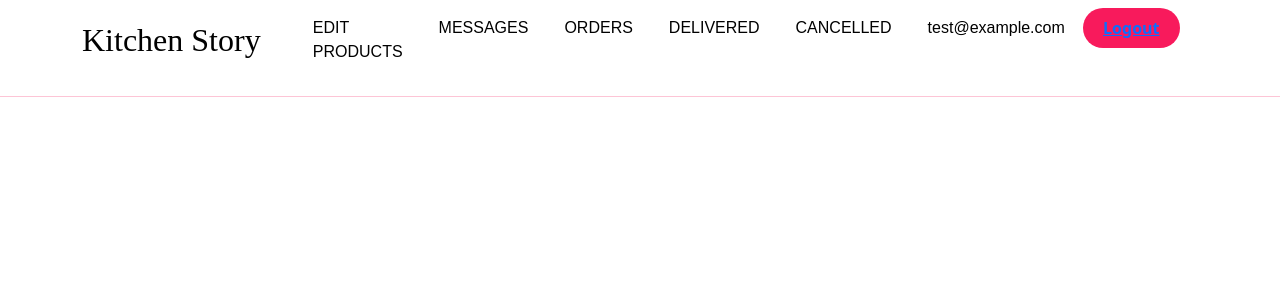
Repository: manishmachha/project-kitchenStory
Page: http://localhost/Phase_4_Kitchen_Story/admin/adminHeader.jsp
An editor plug-in stored every save of this project. The page is shown before and after the next save, followed by the edit.
The browser window is 1280 px wide. The pictures show the whole page.
Some web fonts or font styles are not loaded; a fallback is used. Some web libraries are served in a nearby version. The page is served by Tomcat 10. The session is filled in as if someone had signed in: {"email": "test@example.com"}. Other server files are loaded and not shown.

Above is the page before, as saved 2022-03-08 06:37:25.

### Phase 4 Kitchen Story/src/main/webapp/admin/adminHeader.jsp
<%@ page language="java" contentType="text/html; charset=ISO-8859-1"
	pageEncoding="ISO-8859-1"%>
<!DOCTYPE html>
<html>
<head>
<!-- Required meta tags -->
<meta charset="utf-8">
<meta name="viewport" content="width=device-width, initial-scale=1">

<!-- Font Family -->
<link rel="preconnect" href="https://fonts.googleapis.com">
<link rel="preconnect" href="https://fonts.gstatic.com" crossorigin>
<link
	href="https://fonts.googleapis.com/css2?family=Lobster&display=swap"
	rel="stylesheet">

<!-- Bootstrap CSS -->
<link
	href="https://cdn.jsdelivr.net/npm/bootstrap@5.0.2/dist/css/bootstrap.min.css"
	rel="stylesheet"
	integrity="sha384-EVSTQN3/azprG1Anm3QDgpJLIm9Nao0Yz1ztcQTwFspd3yD65VohhpuuCOmLASjC"
	crossorigin="anonymous">
<link rel="stylesheet" href="indexStyle.css">

<!-- font awesome -->
<script src="https://kit.fontawesome.com/c26cd2166c.js"></script>
<title>Kitchen Story | Home</title>
</head>
<%
String email = session.getAttribute("email").toString();
%>
<nav class="navbar navbar-expand-lg">
	<div class="container">
		<a class="navbar-brand" href="#">Kitchen Story</a>
		<button class="navbar-toggler" type="button" data-bs-toggle="collapse"
			data-bs-target="#navbarScroll" aria-controls="navbarScroll"
			aria-expanded="false" aria-label="Toggle navigation">
			<span class="navbar-toggler-icon"></span>
		</button>
		<div class="collapse navbar-collapse" id="navbarScroll">
			<ul class="navbar-nav m-auto my-2 my-lg-0">
				<li class="nav-item"><a class="nav-link active" href="home.jsp">Edit
						Products</a></li>
				<li class="nav-item"><a class="nav-link" href="#trending">Messages</a></li>
				<li class="nav-item"><a class="nav-link" href="#store">
						Orders</a></li>
				<li class="nav-item"><a class="nav-link"
					href="home.jsp#aboutUs">Delivered</a></li>
				<li class="nav-item"><a class="nav-link" href="#">Cancelled</a></li>
				<li class="nav-item"><a class="nav-link" id="accName" href="#"><%=email%></a></li>
				<button class="btn0" type="submit">
					<a href="logoutAction.jsp">Logout</a>
				</button>
			</ul>
		</div>
	</div>
</nav>
<hr style="color: rgb(248, 26, 92)">

### Phase 4 Kitchen Story/src/main/webapp/admin/indexStyle.css
* {
	padding: 0;
	margin: 0;
	box-sizing: border-box;
}

.navbar-brand {
	font-size: 2rem;
	color: black;
	font-family: 'Lobster', cursive;
}

.navbar-brand:hover {
	color: black;
}

.nav-link {
	margin-right: 10px;
	margin-left: 10px;
	color: black;
	font-family: 'Rubik', sans-serif;
	text-transform: uppercase;
}

.nav-link:hover {
	color: black;
}

.btn0 {
	height: 40px;
	width: 40%;
	outline: none;
	border: none;
	background: rgb(248, 26, 92);
	color: white;
	border-radius: 60px;
	font-weight: 700;
}

.main {
	background: url(images/lunch.jpg) no-repeat;
	background-size: cover;
	height: 100vh;
	background-position: 50% 50%;
	width: 100%;
}

.main h1 {
	font-size: 4rem;
	font-weight: 700;
}

.btn1 {
	height: 45px;
	width: 35%;
	border: none;
	outline: none;
	background-color: rgb(248, 26, 92);
	color: white;
	font-weight: 700;
	border-radius: 60px;
}

.btn1:hover {
	background-color: rgb(255, 41, 41);
	transition: 0.5s;
}

.btn0:hover {
	background-color: rgb(255, 41, 41);
	transition: 0.5s;
}

h1 {
	font-weight: 700;
}

.card:hover {
	box-shadow: -2px 0px 26px -4px rgba(0, 0, 0, 0.75);
	-webkit-box-shadow: -2px 0px 26px -4px rgba(0, 0, 0, 0.75);
	-moz-box-shadow: -2px 0px 26px -4px rgba(0, 0, 0, 0.75);
	transition: 0.5s;
}

img {
	border-radius: 10px;
}

.col:hover {
	box-shadow: -2px 0px 26px -4px rgba(0, 0, 0, 0.75);
	-webkit-box-shadow: -2px 0px 26px -4px rgba(0, 0, 0, 0.75);
	-moz-box-shadow: -2px 0px 26px -4px rgba(0, 0, 0, 0.75);
	transition: 0.5s;
}

.quote {
	border-radius: 40px;
	background: linear-gradient(rgba(0, 0, 0, 0.2), rgba(0, 0, 0, 0.2)),
		url(images/quote-bg.jpg) no-repeat;
	background-size: cover;
	height: 80vh;
	width: 100%;
}

.quote h1 {
	font-family: 'Lobster', cursive;
	color: bisque;
}

.quote h6 {
	color: bisque;
}

.news {
	background-color: black;
	color: white;
}

.news h1 {
	font-family: 'Lobster', cursive;
}

.fab {
	font-size: 2.5rem;
	cursor: pointer;
	padding-right: 10px;
}

.footer {
	position: fixed;
	left: 0;
	bottom: 0;
	width: 100%;
	background-color: black;
	color: white;
	text-align: center;
}
#accName{
	text-transform: lowercase;
}

After the next save:
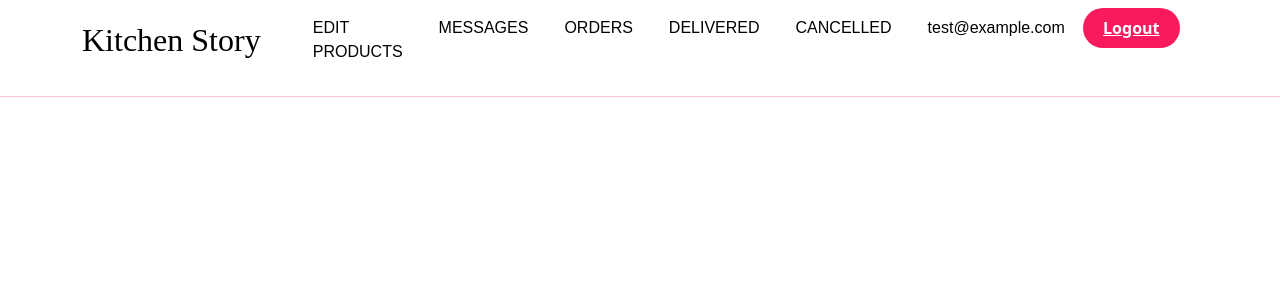
Saved 70 s later.
--- a/Phase 4 Kitchen Story/src/main/webapp/admin/adminHeader.jsp
+++ b/Phase 4 Kitchen Story/src/main/webapp/admin/adminHeader.jsp
@@ -49,7 +49,7 @@ String email = session.getAttribute("email").toString();
 				<li class="nav-item"><a class="nav-link" href="#">Cancelled</a></li>
 				<li class="nav-item"><a class="nav-link" id="accName" href="#"><%=email%></a></li>
 				<button class="btn0" type="submit">
-					<a href="logoutAction.jsp">Logout</a>
+					<a href="logoutAction.jsp" style="color: white;">Logout</a>
 				</button>
 			</ul>
 		</div>
